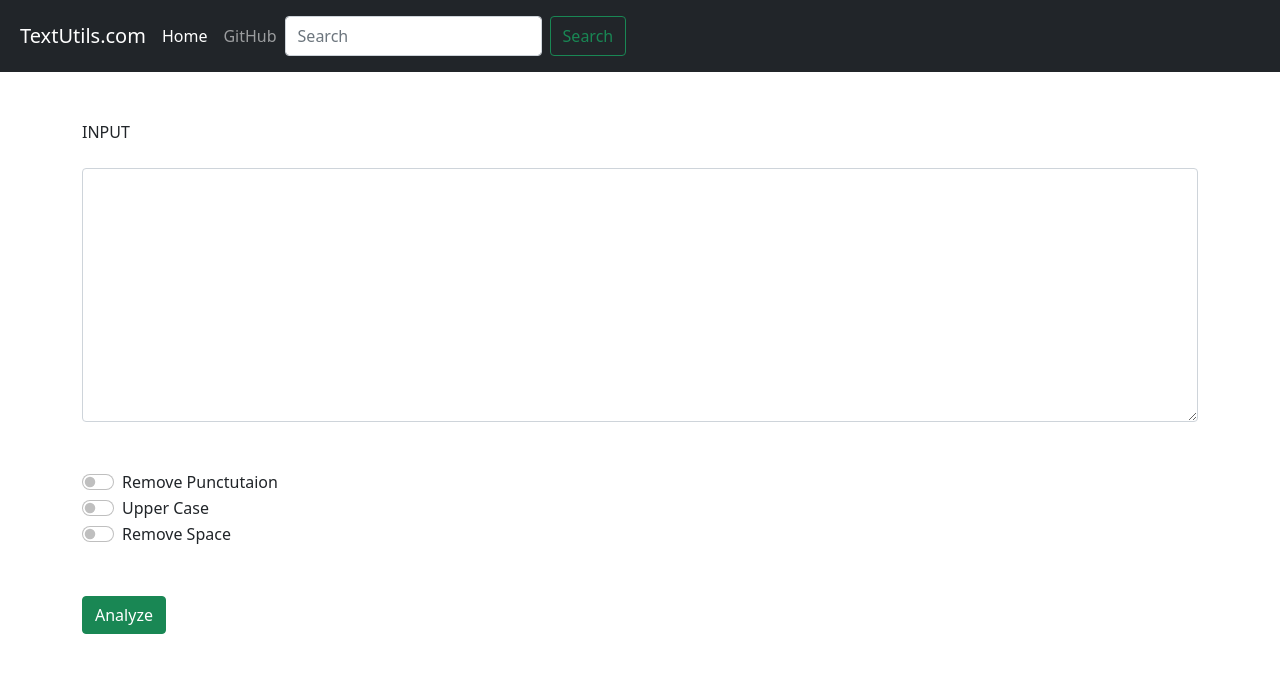
Repository: thenameisshreyank/Textutility
Page: http://localhost/
These files come from the project's save history. The page is drawn as it stood at one moment and after the next save; the edit follows.
The browser window is 1280 px wide. The pictures show the whole page.
The page is served by the project's application, run on Django 4.2 (manage.py).

Above is the page before, as saved 2022-04-15 10:54:30.

After the next save:
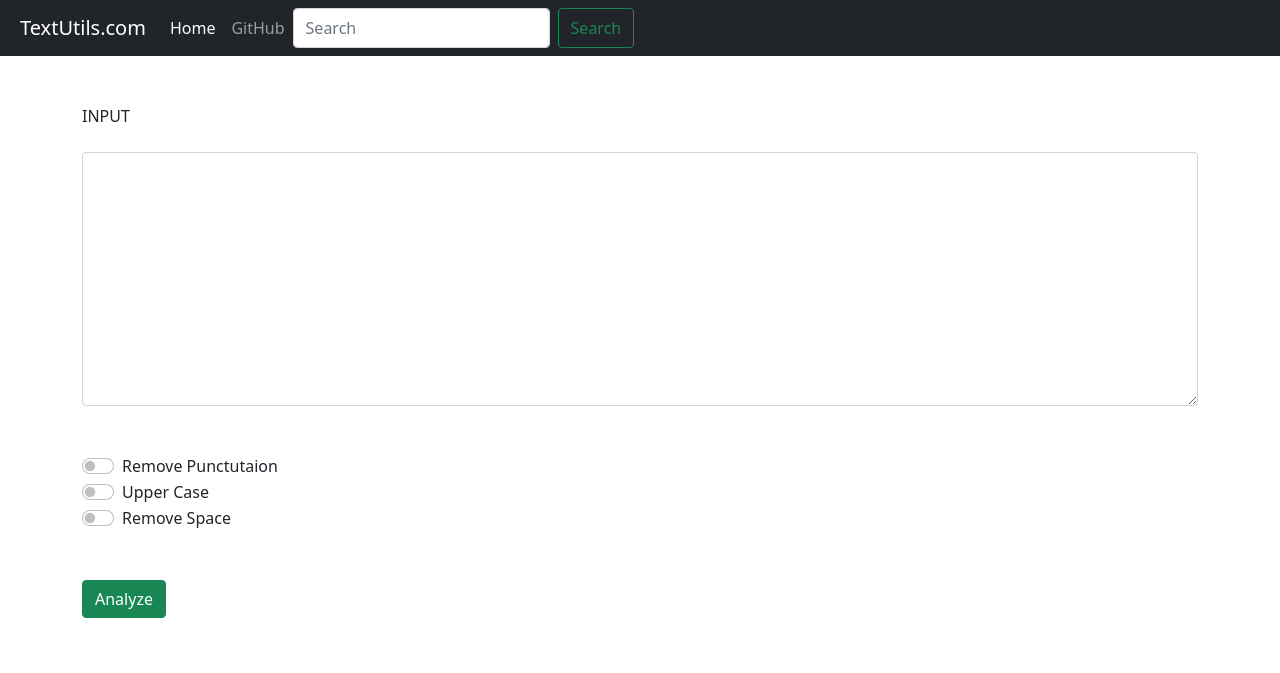
Saved 101 s later.
--- a/templates/index.html
+++ b/templates/index.html
@@ -14,7 +14,7 @@
 <body>
     <nav class="navbar navbar-expand-lg navbar-dark bg-dark">
         <div class="container-fluid">
-          <a class="navbar-brand m-2" href="https://getbootstrap.com/">TextUtils.com</a>
+          <a class="navbar-brand ms-2" href="https://getbootstrap.com/">TextUtils.com</a>
           <button class="navbar-toggler" type="button" data-bs-toggle="collapse" data-bs-target="#navbarSupportedContent" aria-controls="navbarSupportedContent" aria-expanded="false" aria-label="Toggle navigation">
             <span class="navbar-toggler-icon"></span>
           </button>
